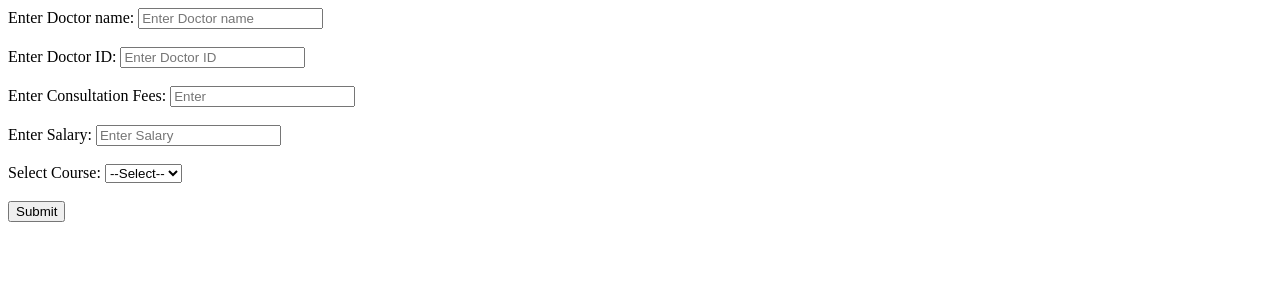
Repository: bigee1397/22-3-2024
Page: http://localhost/DoctorApp/
An editor plug-in stored every save of this project. The page is shown before and after the next save, followed by the edit.
The browser window is 1280 px wide. The pictures show the whole page.
The page is served by Tomcat 9.

Above is the page before, as saved 2024-03-14 04:27:02.

After the next save:
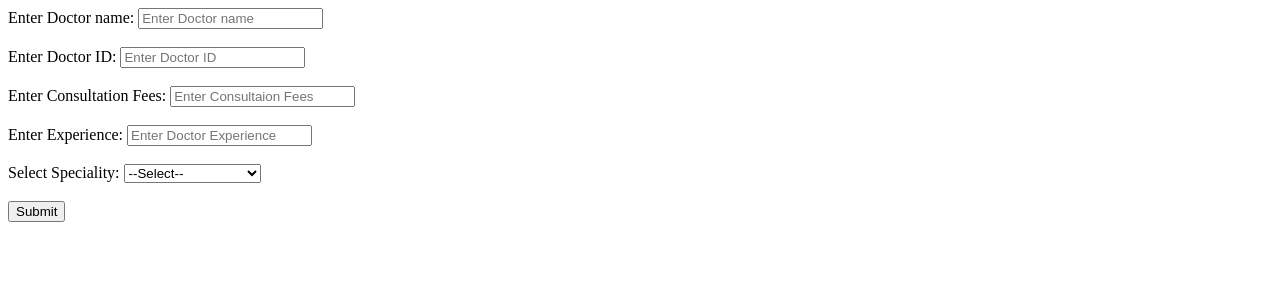
Saved 110 s later.
--- a/jspandservlets/DoctorApp/src/main/webapp/index.jsp
+++ b/jspandservlets/DoctorApp/src/main/webapp/index.jsp
@@ -12,17 +12,17 @@
     	<br><br>
     	Enter Doctor ID: <input type="number" name="doctorId" placeholder="Enter Doctor ID" />
     	<br><br>
-    	Enter Consultation Fees: <input type="number" name="consultationFee" placeholder="Enter " />
+    	Enter Consultation Fees: <input type="number" name="consultationFee" placeholder="Enter Consultaion Fees" />
     	<br><br>
-    	Enter Salary: <input type="number" name="emlpoyeeSalary" placeholder="Enter Salary" />
+    	Enter Experience: <input type="number" name="experience" placeholder="Enter Doctor Experience" />
     	<br><br>
-        Select Course:
-        <select name="employeeCourse">
+        Select Speciality:
+        <select name="speciality">
             <option>--Select--</option>
-            <option value="Java">Java</option>
-            <option value="Spring">Spring</option>
-            <option value="Angular">Angular</option>
-            <option value="Node">Node</option>
+            <option value="ORTHOLOGIST">ORTHOLOGIST</option>
+            <option value="PEDIATRICS">PEDIATRICS</option>
+            <option value="TRICOLOGIST">TRICOLOGIST</option>
+            <option value="DERMATOLOGIST">DERMATOLOGIST</option>
         </select>
         <br><br>
        <!--  Hobbies
